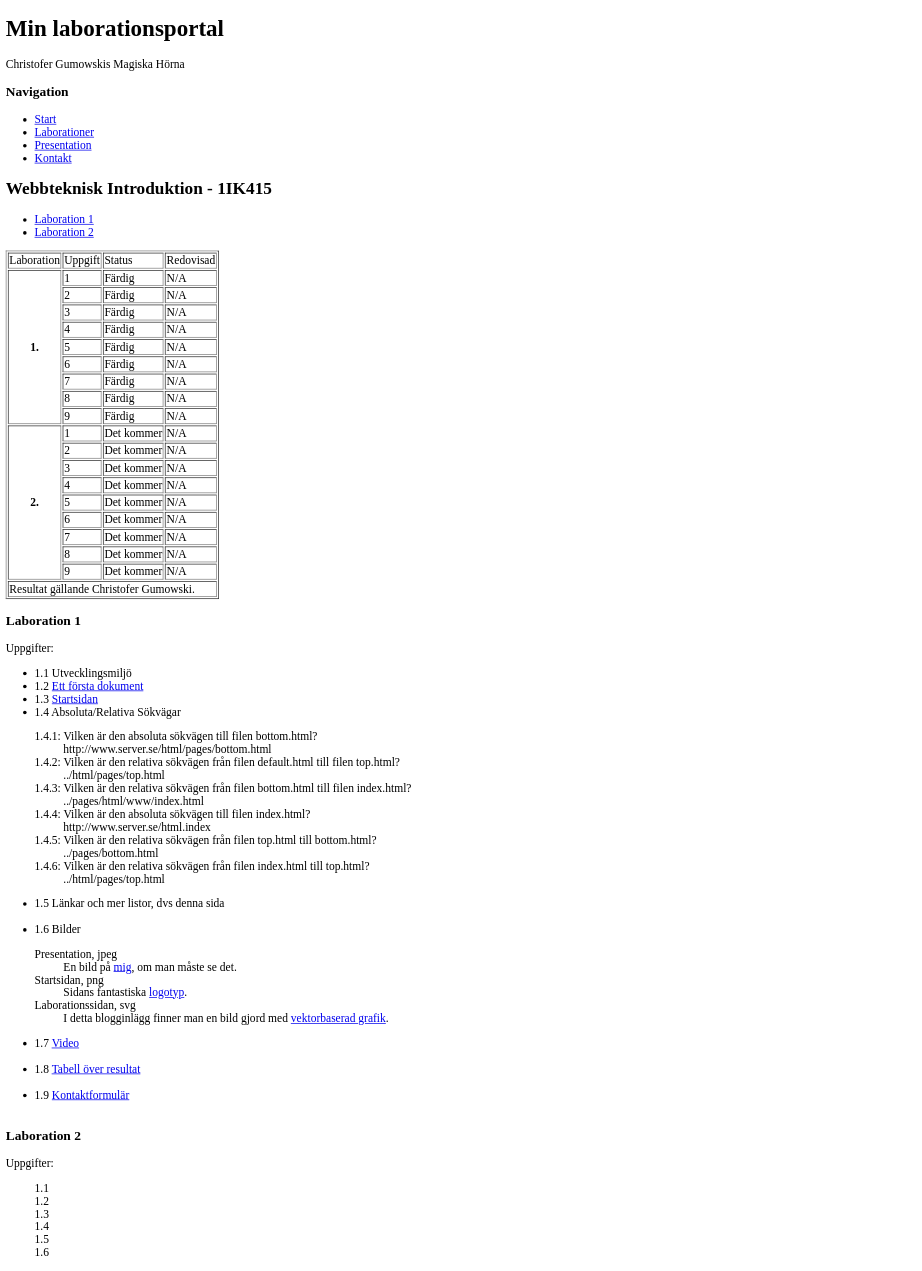
Repository: cg222im/1IK415_cg222im
Page: pages/laborationer.html
The author's editor kept a record of every edit. The page is drawn from the files as they stood at one moment, then again after the next edit.
The browser window is 1280 px wide. The pictures show the whole page, at 72% of full size.

Above is the page before.

After the next edit:
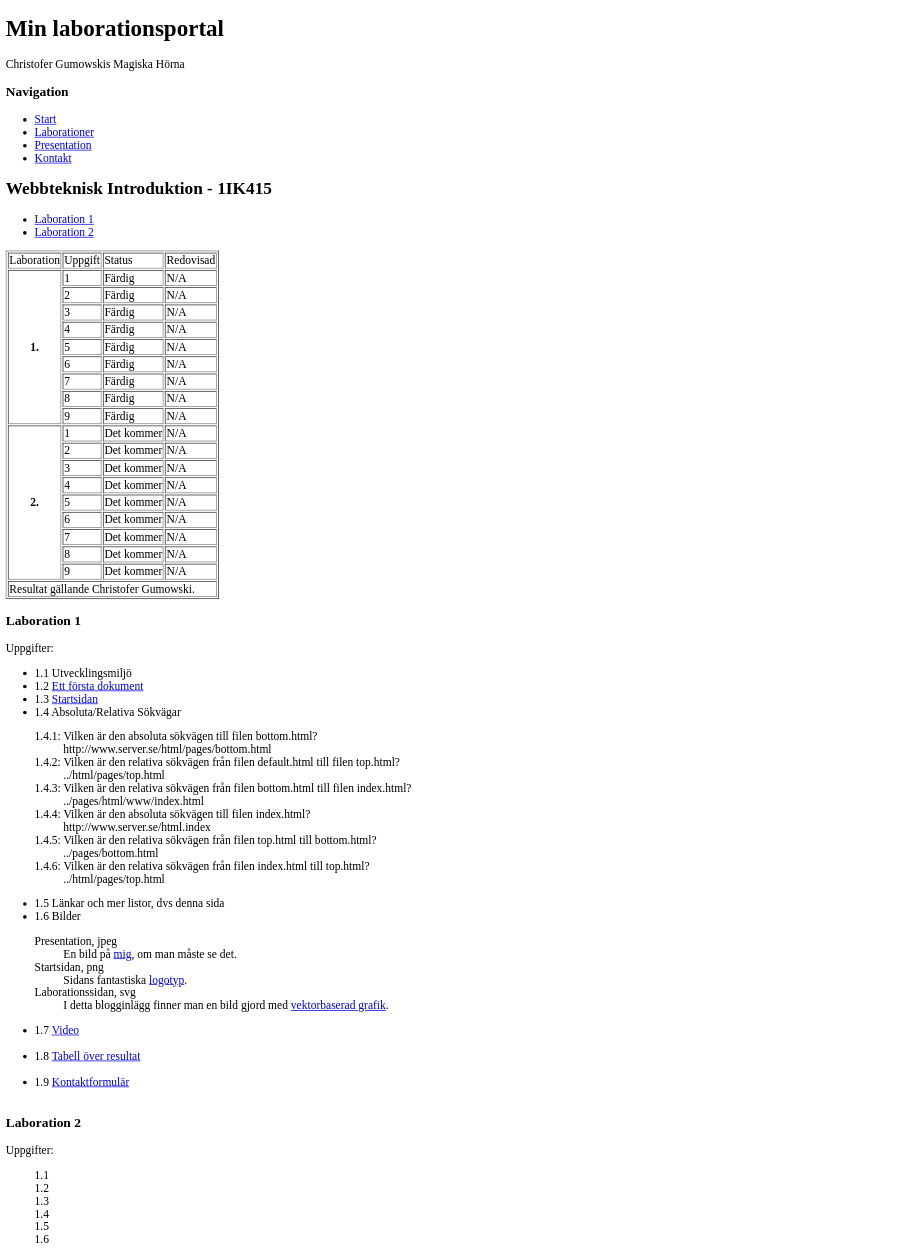
The edit:
--- a/pages/laborationer.html
+++ b/pages/laborationer.html
@@ -99,7 +99,7 @@
                     <dt>1.4.6: Vilken är den relativa sökvägen från filen index.html till top.html?</dt>
                         <dd>../html/pages/top.html</dd>
                 </dl></li>
-            <li>1.5 Länkar och mer listor, dvs denna sida</li><br>
+            <li>1.5 Länkar och mer listor, dvs denna sida</li>
             <li>1.6 Bilder
                 <dl>
                     <dt>Presentation, jpeg</dt>
